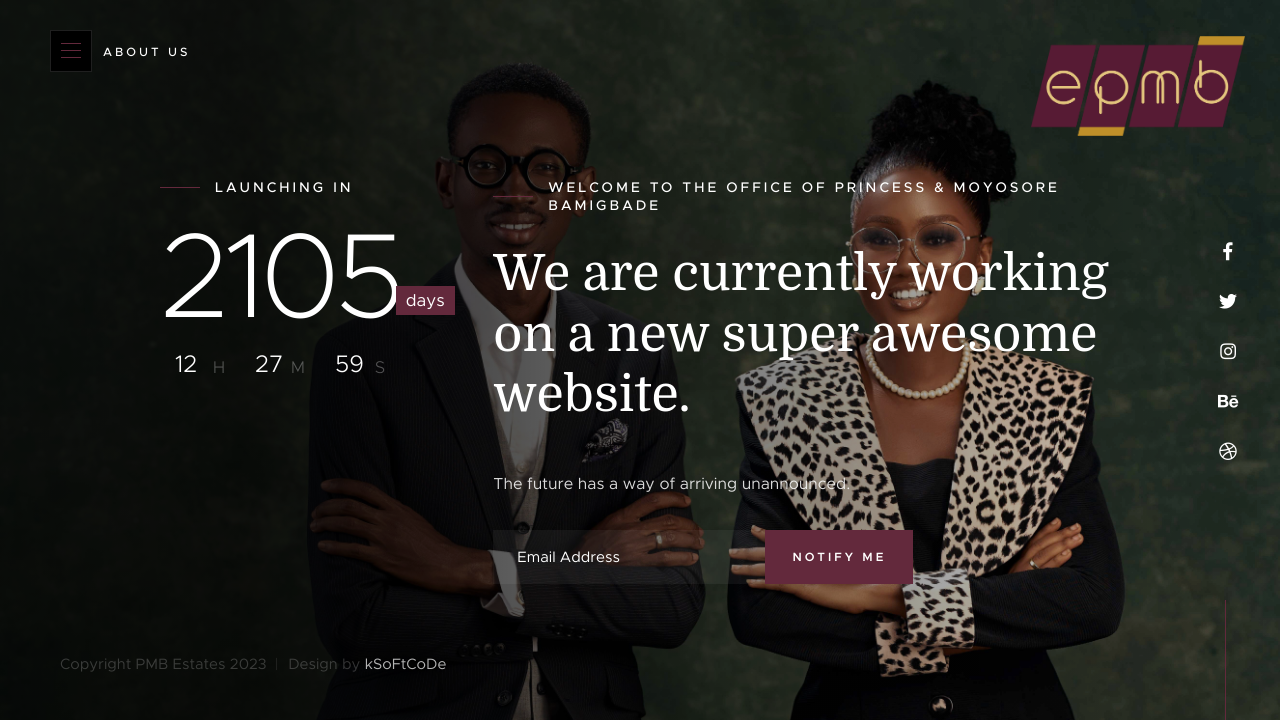
Repository: Ksoftcode/PMB
Page: index.html
The author's editor kept a copy of each file at every save. The page is drawn from the files as they stood at one save, then again after the next save.
The browser window is 1280 px wide. The pictures show the whole page.

Above is the page before, as saved 2023-03-27 12:29:12.

### index.html
<!DOCTYPE html>
<html class="no-js" lang="en">
<head>

    <!--- basic page needs
    ================================================== -->
    <meta charset="utf-8">
    <title>Launch | EPMB</title>
    <meta name="description" content="">
    <meta name="author" content="">

    <!-- mobile specific metas
    ================================================== -->
    <meta name="viewport" content="width=device-width, initial-scale=1">

    <!-- CSS
    ================================================== -->
    <link rel="stylesheet" href="css/base.css">
    <link rel="stylesheet" href="css/vendor.css">
    <link rel="stylesheet" href="css/main.css">

    <!-- script
    ================================================== -->
    <script src="js/modernizr.js"></script>
    <script src="js/pace.min.js"></script>

    <!-- favicons
    ================================================== -->
    <link rel="shortcut icon" href="favicon.ico" type="image/x-icon">
    <link rel="icon" href="favicon.ico" type="image/x-icon">

</head>

<body>

    <!-- home
    ================================================== -->
    <main class="s-home s-home--static">

        <div class="overlay"></div>

        <div class="home-content">

            <div class="home-logo">
                <a href="index-static.html">
                    <img src="images/logo.png" alt="Homepage">
                </a>
            </div>

            <div class="row home-content__main">

                <div class="col-eight home-content__text pull-right">
                    <h3>Welcome to the office of Princess & Moyosore Bamigbade</h3>

                    <h1>
                    We are currently working <br>
                    on a new super awesome <br> website.
                    </h1>

                    <p>
                        The future has a way of arriving unannounced.
                    </p>

                    <div class="home-content__subscribe">
                        <form id="mc-form" class="group" novalidate="true">
                            <input type="email" value="" name="EMAIL" class="email" id="mc-email" placeholder="Email Address" required="">
                            <input type="submit" name="subscribe" value="Notify Me">
                            <label for="mc-email" class="subscribe-message"></label>
                        </form>
                    </div>
                </div>  <!-- end home-content__text -->

                <div class="col-four home-content__counter">
                    <h3>Launching In</h3>

                    <div class="home-content__clock">
                        <div class="top">
                            <div class="time days">
                                325
                                <span>Days</span>
                            </div>
                        </div>
                        <div class="time hours">
                            09
                            <span>H</span>
                        </div>
                        <div class="time minutes">
                            54
                            <span>M</span>
                        </div>
                        <div class="time seconds">
                            30
                            <span>S</span>
                        </div>
                    </div>  <!-- end home-content__clock -->
                </div>  <!-- end home-content__counter -->

            </div>  <!-- end home-content__main -->

            <ul class="home-social">
                <li>
                <a href="#0"><i class="fab fa-facebook-f" aria-hidden="true"></i><span>Facebook</span></a>
                </li>
                <li>
                <a href="#0"><i class="fab fa-twitter" aria-hidden="true"></i><span>Twiiter</span></a>
                </li>
                <li>
                <a href="#0"><i class="fab fa-instagram" aria-hidden="true"></i><span>Instagram</span></a>
                </li>
                <li>
                <a href="#0"><i class="fab fa-behance" aria-hidden="true"></i><span>Behance</span></a>
                </li>
                <li>
                <a href="#0"><i class="fab fa-dribbble" aria-hidden="true"></i><span>Dribbble</span></a>
                </li>
            </ul> <!-- end home-social -->

            <div class="row home-copyright">
                <span>Copyright PMB Estates 2023</span>
                <span>Design by <a href="#">kSoFtCoDe</a></span>
            </div> <!-- end home-copyright -->

            <div class="home-content__line"></div>

        </div> <!-- end home-content -->

    </main> <!-- end s-home -->

    <!-- info
    ================================================== -->
    <a class="info-toggle" href="#0">
        <span class="info-menu-icon"></span>
    </a>

    <div class="s-info">

        <div class="row info-wrapper">

            <div class="col-seven tab-full info-main">
                <h1>ILORIN: WHERE IT BEGAN</h1>
                <p>
                    Princess & Moyosore’s life and career grew out of deep windy city roots. From their childhood in the south community of Ilorin, through their first contact in Chapel Secondary School in 2004 and 2002 respectively with missionary standards where they became friends. In April, 2015, they began to plan a future together in which Moyosore was already a graduate architect and Princess had just completed her nursing program.
                </p>
            <br>
                <h1>A PROMISE: THE ROYAL WEDDING </h1>
                <p>
                    On April 20th, 2019, Princess & Moyosore got wedded which was a beautiful coincidence with moyosores 27th birthday at the International Convention Centre (ICC), Rhema Chapel Headquarters, Ilorin, Kwara State. Princess & Moyosore pledged a vow of a lifetime commitment built on Godly Christian principles and unswerving adventure.
                </p>
                <br>
                <h1>EDUCATION: A PRIORITY/STANDARD</h1>
                <p>
                    The union of Princess & Moyosore established a standard of continuous learning, unlearning and relearning through education. Princess proceeded for her pediatric nursing training at the Lagos University Teaching Hospital in 2018/2019 where by the grace of God she emerged the overall best student for the pediatrics post basic examination in Nigeria.
                    <br>
                    <br>
                    Moyosore also enrolled for his post graduate program in Federal University of Technology Akure where he also finished with honors. Subsequently, PMB proceeded for further studies. Moyosore bagged a diploma in the Business of Architecture from the European School of Economics. He further enrolled for an MSc in Architecture at University of Ilorin, Ilorin, Kwara State.
                    <br>
                    <br>
                    Princess completed a five (5) years nursing degree from the National Open University of Nigeria with honors. Afterwards, she proceeded for her master’s degree in maternal and child health nursing at Babcock University in 2022.
                    <br>
                    <br>
                    These achievements were constantly stirred by a burning desire to attain the zenith of their profession, where no one is left behind.
                    <center>“ 𝑳𝒊𝒕𝒕𝒍𝒆 𝒃𝒚 𝒍𝒊𝒕𝒕𝒍𝒆, 𝒕𝒉𝒆 𝒃𝒊𝒓𝒅 𝒎𝒂𝒌𝒆𝒔 𝒊𝒕𝒔 𝒏𝒆𝒔𝒕”</center>
                </p>
                <br>
                <br>
                <h1>BUSINESS: NIGHTINGALE AND DOCTORS OUTFIT LIMITED</h1>
                <p>
                    Princess shared her vision with Moyosore in 2015 on changing the narrative and perception of Nigerian nurses through a revolutionized appearance and the inclusivity of informatics in nursing education and practice. The company was birth in April 2016 at a small property equipped with machines and experienced staff. The company has since grown with offices in Ilorin and Lagos with a worldwide distribution network.
                </p>
                <br>
                <br>
                <h1> MB ARCHITECTS LIMITED </h1>
                <p>
                    Princess & Moyosore registered MB Architects limited in August 2017 with both of them as the company’s director. Moyosore had always envisioned owning a private firm of his, and this came to fruition with the support of his lovely wife. They took up roles and responsibilities in ensuring a good service delivery and ensuring nothing was left undone in the absence of one of them. Moyosore could always rely on Princesses intelligence in which she was skilled in penmanship while Moyosore possess numerical competence.
                    <br>
                    <br>
                    The firm has its registered offices in Lagos and Abuja, Nigeria. Princess believes in the dream of Moyosore building and designing over 2,000 structures as she addresses him as the <cite>Greatest Architect of Time.</cite>
                </p>
                <br>
            </div>

            <div class="col-four tab-full pull-right info-contact">

                <div class="info-block">
                    <h3>Start A Conversation</h3>
                    <p>
                        <a href="mailto:#0" class="info-email">mailus@ourwebsite.com</a><br>
                        <a href="tel:+18587338912" class="'info-phone">+1.858.733.8912</a>
                    </p>
                </div>

                <div class="info-block">
                    <h3>Visit Our Office</h3>

                    <p class="info-address">
                        1600 Amphitheatre Parkway<br>
                        Mountain View, CA<br>
                        94043 US
                    </p>
                </div>

                <div class="info-block">
                    <h3>Find Us On</h3>

                    <ul class="info-social">
                        <li>
                            <a href="#0"><i class="fab fa-facebook" aria-hidden="true"></i>
                            <span>Facebook</span></a>
                        </li>
                        <li>
                            <a href="#0"><i class="fab fa-twitter" aria-hidden="true"></i>
                            <span>Twiiter</span></a>
                        </li>
                        <li>
                            <a href="#0"><i class="fab fa-instagram" aria-hidden="true"></i>
                            <span>Instagram</span></a>
                        </li>
                        <li>
                            <a href="#0"><i class="fab fa-behance" aria-hidden="true"></i>
                            <span>Behance</span></a>
                        </li>
                        <li>
                            <a href="#0"><i class="fab fa-dribbble" aria-hidden="true"></i>
                            <span>Dribbble</span></a>
                        </li>
                    </ul>
                </div>

            </div>  <!-- end info contact -->

        </div>  <!-- end info wrapper -->

    </div> <!-- end s-info -->


    <!-- preloader
    ================================================== -->
    <div id="preloader">
        <div id="loader">
            <div class="line-scale-pulse-out">
                <div></div>
                <div></div>
                <div></div>
                <div></div>
                <div></div>
            </div>
        </div>
    </div>

    <!-- Java Script
    ================================================== -->
    <script src="js/jquery-3.2.1.min.js"></script>
    <script src="js/plugins.js"></script>
    <script src="js/main.js"></script>

</body>

</html>

### css/vendor.css
/* ===================================================================
 *
 *  Count v1.0 Vendor/Third Party CSS
 *  04-16-2018
 *  ------------------------------------------------------------------
 *
 *  TOC:
 *  # slick slider
 *
 * =================================================================== */


/* ===================================================================
 * # slick slider
 * http://kenwheeler.github.io/slick/
 * ------------------------------------------------------------------- */
.slick-slider {
  position: relative;
  display: block;
  box-sizing: border-box;
  -webkit-touch-callout: none;
  -webkit-user-select: none;
  -khtml-user-select: none;
  -moz-user-select: none;
  -ms-user-select: none;
  user-select: none;
  -ms-touch-action: pan-y;
  touch-action: pan-y;
  -webkit-tap-highlight-color: transparent;
}

.slick-list {
  position: relative;
  overflow: hidden;
  display: block;
  margin: 0;
  padding: 0;
}

.slick-list:focus {
  outline: none;
}

.slick-list.dragging {
  cursor: pointer;
  cursor: hand;
}

.slick-slider .slick-track,
.slick-slider .slick-list {
  -webkit-transform: translate3d(0, 0, 0);
  -moz-transform: translate3d(0, 0, 0);
  -ms-transform: translate3d(0, 0, 0);
  -o-transform: translate3d(0, 0, 0);
  transform: translate3d(0, 0, 0);
}

.slick-track {
  position: relative;
  left: 0;
  top: 0;
  display: block;
}

.slick-track:before,
.slick-track:after {
  content: "";
  display: table;
}

.slick-track:after {
  clear: both;
}

.slick-loading .slick-track {
  visibility: hidden;
}

.slick-slide {
  float: left;
  height: 100%;
  min-height: 1px;
  display: none;
}

[dir="rtl"] .slick-slide {
  float: right;
}

.slick-slide img {
  display: block;
}

.slick-slide.slick-loading img {
  display: none;
}

.slick-slide.dragging img {
  pointer-events: none;
}

.slick-initialized .slick-slide {
  display: block;
}

.slick-loading .slick-slide {
  visibility: hidden;
}

.slick-vertical .slick-slide {
  display: block;
  height: auto;
  border: 1px solid transparent;
}

.slick-arrow.slick-hidden {
  display: none;
}

/*# sourceMappingURL=vendor.css.map */

### css/fonts.css
/* ===================================================================
 * fonts.scss
 *
 * ------------------------------------------------------------------- */


/*
 * domine
================================================================================ */
@font-face {
  font-family: "domine-regular";
  src: url("../fonts/domine/domine-regular-webfont.woff2") format("woff2"), url("../fonts/domine/domine-regular-webfont.woff") format("woff");
  font-style: normal;
  font-weight: normal;
}

@font-face {
  font-family: "domine-bold";
  src: url("../fonts/domine/domine-bold-webfont.woff2") format("woff2"), url("../fonts/domine/domine-bold-webfont.woff") format("woff");
  font-style: normal;
  font-weight: normal;
}


/*
 * metropolis
================================================================================ */
@font-face {
  font-family: "metropolis-bold";
  src: url("../fonts/metropolis/metropolis-bold-webfont.woff2") format("woff2"), url("../fonts/metropolis/metropolis-bold-webfont.woff") format("woff");
  font-style: normal;
  font-weight: normal;
}

@font-face {
  font-family: "metropolis-semibold";
  src: url("../fonts/metropolis/metropolis-semibold-webfont.woff2") format("woff2"), url("../fonts/metropolis/metropolis-semibold-webfont.woff") format("woff");
  font-style: normal;
  font-weight: normal;
}

@font-face {
  font-family: "metropolis-medium";
  src: url("../fonts/metropolis/metropolis-medium-webfont.woff2") format("woff2"), url("../fonts/metropolis/metropolis-medium-webfont.woff") format("woff");
  font-style: normal;
  font-weight: normal;
}

@font-face {
  font-family: "metropolis-regular";
  src: url("../fonts/metropolis/metropolis-regular-webfont.woff2") format("woff2"), url("../fonts/metropolis/metropolis-regular-webfont.woff") format("woff");
  font-style: normal;
  font-weight: normal;
}

@font-face {
  font-family: "metropolis-light";
  src: url("../fonts/metropolis/metropolis-light-webfont.woff2") format("woff2"), url("../fonts/metropolis/metropolis-light-webfont.woff") format("woff");
  font-style: normal;
  font-weight: normal;
}

@font-face {
  font-family: "metropolis-extralight";
  src: url("../fonts/metropolis/metropolis-extralight-webfont.woff2") format("woff2"), url("../fonts/metropolis/metropolis-extralight-webfont.woff") format("woff");
  font-style: normal;
  font-weight: normal;
}

@font-face {
  font-family: "metropolis-italic";
  src: url("../fonts/metropolis/metropolis-regularitalic-webfont.woff2") format("woff2"), url("../fonts/metropolis/metropolis-regularitalic-webfont.woff") format("woff");
  font-style: normal;
  font-weight: normal;
}

/*# sourceMappingURL=fonts.css.map */

Loaded but not shown: js/modernizr.js (library); js/pace.min.js (library); js/jquery-3.2.1.min.js (library); js/plugins.js (library); css/font-awesome/css/fontawesome-all.css (library); js/main.js (160 lines, source omitted); css/main.css (2385 lines, source omitted); css/base.css (949 lines, source omitted)

After the next save:
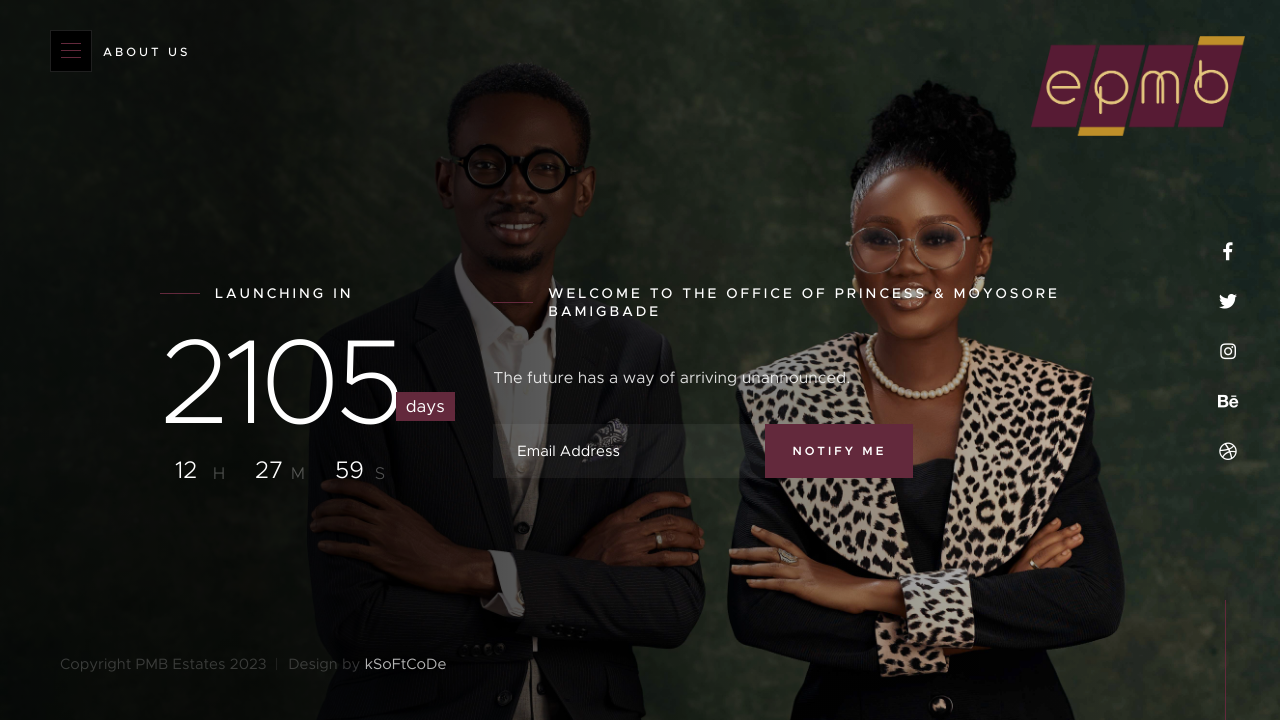
Saved 15 min 6 s later.
--- a/index.html
+++ b/index.html
@@ -52,10 +52,10 @@
                 <div class="col-eight home-content__text pull-right">
                     <h3>Welcome to the office of Princess & Moyosore Bamigbade</h3>
 
-                    <h1>
+                    <!-- <h1>
                     We are currently working <br>
                     on a new super awesome <br> website.
-                    </h1>
+                    </h1> -->
 
                     <p>
                         The future has a way of arriving unannounced.
